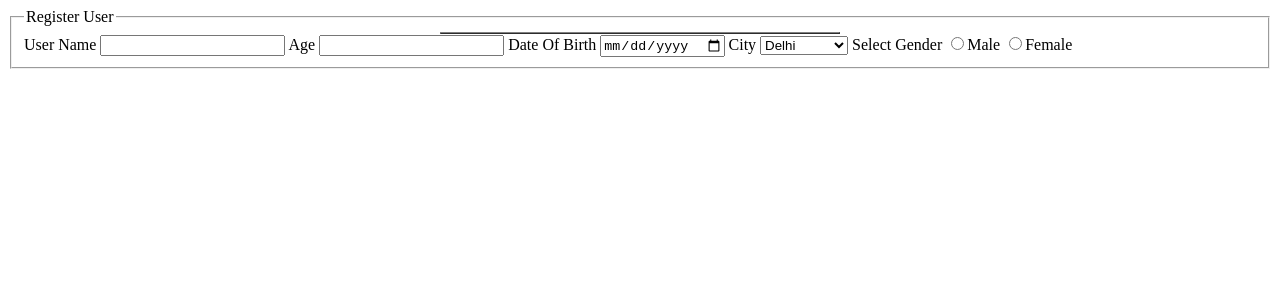
Repository: rcpanda15594/JavaScript_Project
Page: HTMLJAVASCRIPT/WebContent/NewFile.html
These files come from the project's save history. The page is drawn as it stood at one moment and after the next save; the edit follows.
The browser window is 1280 px wide. The pictures show the whole page.

Above is the page before, as saved 2018-03-21 05:41:20.

### HTMLJAVASCRIPT/WebContent/NewFile.html
<!DOCTYPE html>
<html>
<head>
<title>Input Demo</title>
<script >
function RegisterClick(){
document.getElementById("details").style.display="block";
document.getElementById("register").style.display="none";
username=document.getElementById("txtName").value;
age=document.getElementById("txtAge").value;
dob=document.getElementById("txtDob").value;
city=document.getElementById("txtCity").value;
male=document.getElementById("optMale").value;
female=document.getElementById("optFemale").value;

if(male.checked){
	gender=male.value

}if(female.checked){
	gender=female.value
}//if
    document.getElementById("username").innerHTML=username;
	document.getElementById("age").innerHTML=age;
	document.getElementById("dob").innerHTML=dob;
	document.getElementById("city").innerHTML=city;
	document.getElementById("gender").innerHTML=gender;

}//function
</script>
</head>
<body>
<div>
<form >
<fieldset id="register">
<legend>Register User</legend>
<table width="400" align="center" border="1"></table>
<tr>
<td>User Name</td>
<td><input type="text" id="txtname"></td>
</tr>

<tr>
<td>Age</td>
<td><input type="number" id="txtAge" ></td>
</tr>
<tr>
<td>Date Of Birth</td>
<td><input type="date" id="txtDob"></td>
</tr>
<tr>
<td>City</td>
<td><select id="1stcity">
<option value="Delhi">Delhi</option>
<option value="Hyd">Hyderabad</option>
<option value="Mum">Mumbai</option>
</select>
</td>
</tr>
<tr>
<td>Select Gender</td>
<td><input type="radio" name="gender" value="male" id="optMale">Male
<input type="radio" name="gender" value="female" id="optFemale">Female
</td>
</tr>

</fieldset>

</form>
</div>
</body>
</html>

After the next save:
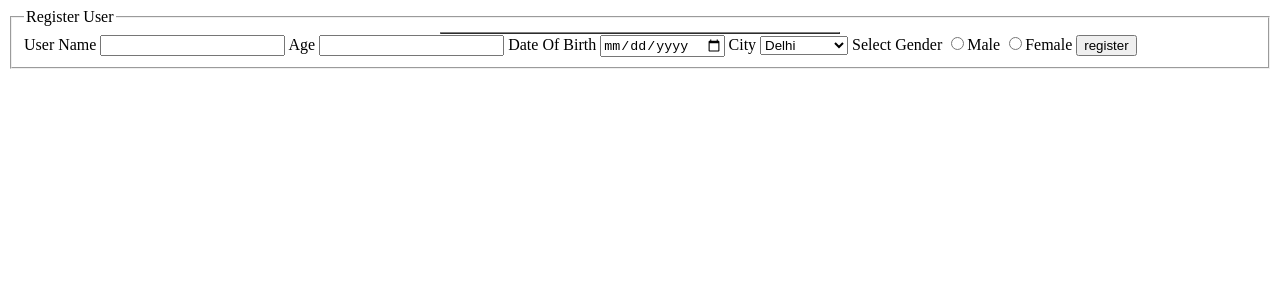
Saved 5 min 32 s later.
--- a/HTMLJAVASCRIPT/WebContent/NewFile.html
+++ b/HTMLJAVASCRIPT/WebContent/NewFile.html
@@ -62,7 +62,9 @@ if(male.checked){
 <input type="radio" name="gender" value="female" id="optFemale">Female
 </td>
 </tr>
-
+<td colspan="2" align="center">
+<input type="button"  value="register" onclick="RegisterClick()">
+</td>
 </fieldset>
 
 </form>
